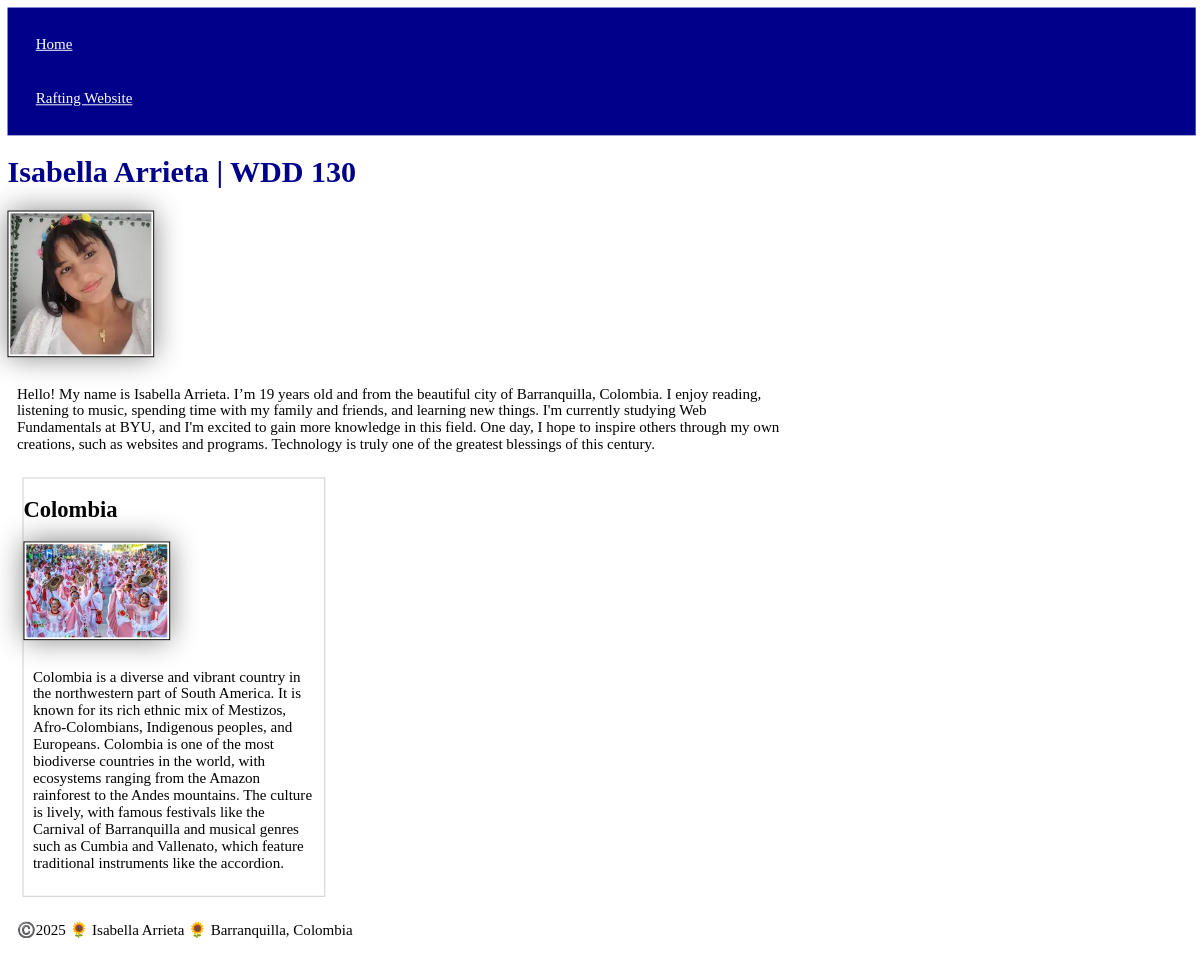
Repository: isaAJ05/wdd130
Page: index.html
These files come from the project's save history. The page is drawn as it stood at one moment and after the next save; the edit follows.
The browser window is 1280 px wide. The pictures show the whole page, at 94% of full size.

Above is the page before, as saved 2025-05-15 12:45:05.

After the next save:
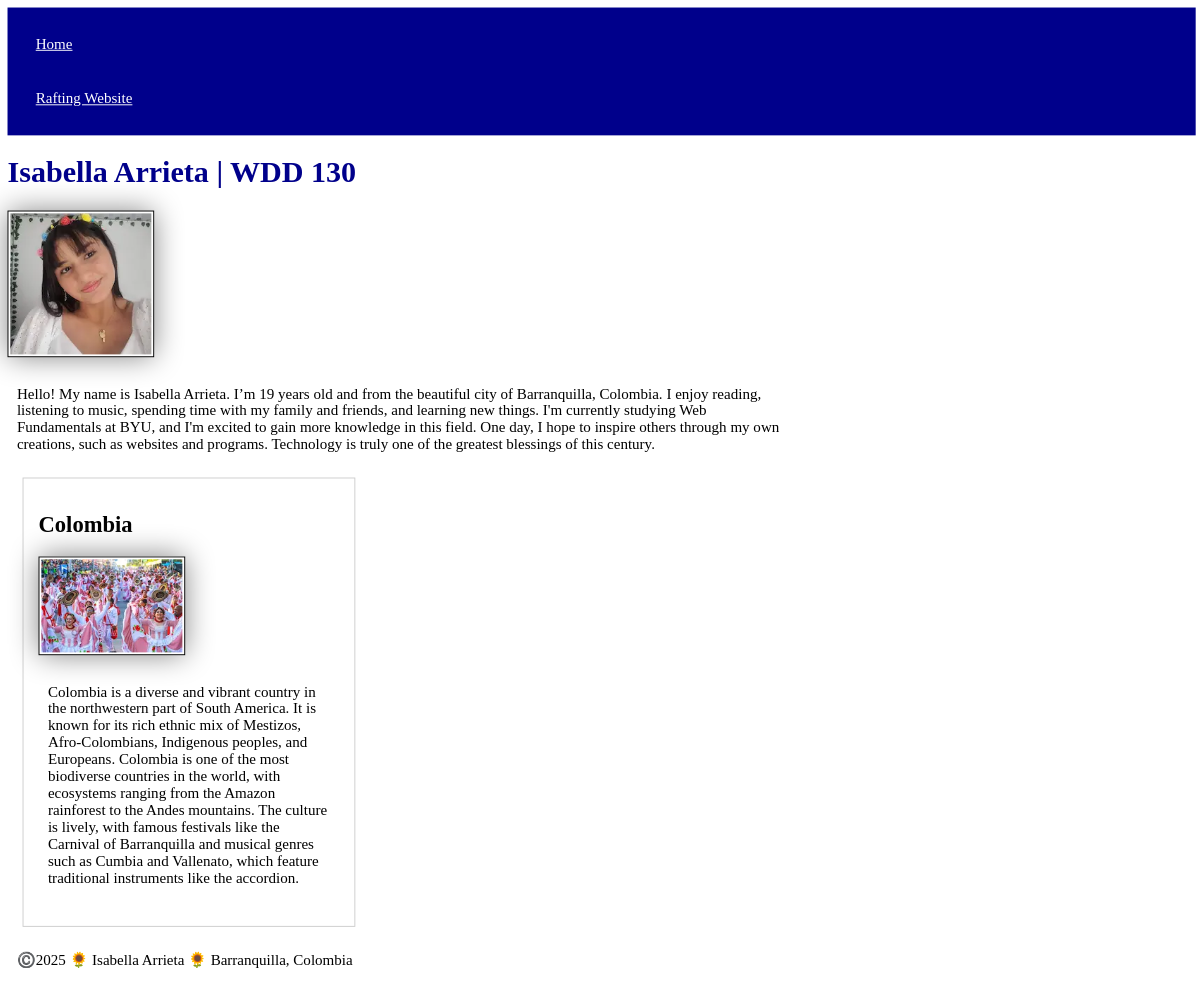
Saved 19 s later.
--- a/styles/styles.css
+++ b/styles/styles.css
@@ -33,7 +33,7 @@ aside{
     width: 20rem;
     margin: 1rem;
     border: 1px solid rgb(0 0 0 / 0.2);
-    padding: ;
+    padding: 1rem;
     background-color: ;
     color: ;
 }
